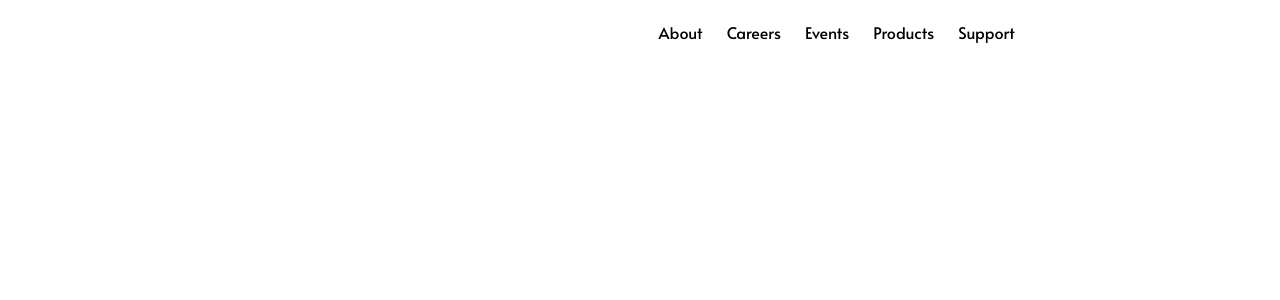
Repository: gligor99/loopstudios-fm
Page: /
These files come from the project's save history. The page is drawn as it stood at one moment and after a run of saves; the edit follows.
The browser window is 1280 px wide. The pictures show the whole page.
The project was rebuilt for these pictures with package versions that can differ from the ones it lists, and the page was loaded fresh each time.

Above is the page before, as saved 2021-11-28 14:53:31.

### src/index.css
@import url('https://fonts.googleapis.com/css2?family=Alata&family=Josefin+Sans:wght@300&display=swap');

:root {
  --clr-white: hsl(0, 0%, 100%);
  --clr-black: hsl(0, 0%, 0%);
  --clr-dark-gray: hsl(0, 0%, 55%);
  --clr-very-dark-gray: hsl(0, 0%, 41%)
}

*,
::after,
::before {
  margin: 0;
  padding: 0;
  box-sizing: border-box;
}

body {
  font-family: "Alata", sans-serif;
  background: var(--clr-light-grayish-cyan);
  color: var(--clr-grey-1);
  line-height: 1.5;
  font-size: 1rem;
}

### src/App.jsx
import Navbar from "./components/Navbar/Navbar";

function App() {
  return (
    <div className="App">
      <Navbar />
    </div>
  );
}

export default App;

### src/components/Navbar/Navbar.jsx
import logo from "../../assets/logo.svg";
import "./navbar.css";

const Navbar = () => {
  return (
    <div className="wrapper">
      <img src={logo} alt="logo.svg" />
      <ul>
        <li>
          <a href="/about">About</a>
        </li>
        <li>
          <a href="/careers">Careers</a>
        </li>
        <li>
          <a href="/events">Events</a>
        </li>
        <li>
          <a href="/products">Products</a>
        </li>
        <li>
          <a href="/support">Support</a>
        </li>
      </ul>
    </div>
  );
};

export default Navbar;

### src/components/Navbar/navbar.css
.wrapper {
  display: flex;
  flex-direction: row;
  justify-content: space-evenly;
  align-items: center;
  margin: auto;
  padding: 1rem;
  background-color: transparent;
}
img {
  height: 30%;
}
ul {
  display: flex;
  flex-wrap: nowrap;
  justify-content: space-evenly;
}
li {
  list-style-type: none;
  padding-right: 1.5rem;
}
a {
  color: var(--clr-black);
  text-decoration: none;
  transition: 0.2s ease-in-out;
}
a:after {
  content: "";
  border-bottom: 2px outset var(--clr-black);
  left: 0;
  top: 100%;
  width: 0;
  height: 2px;
  background-color: black;
  transition: width 0.3s ease-in-out;
}
a:hover:after {
  width: 100%;
}

Loaded but not shown: public/index.html (common file); src/index.jsx (common file)

After the next 2 saves:
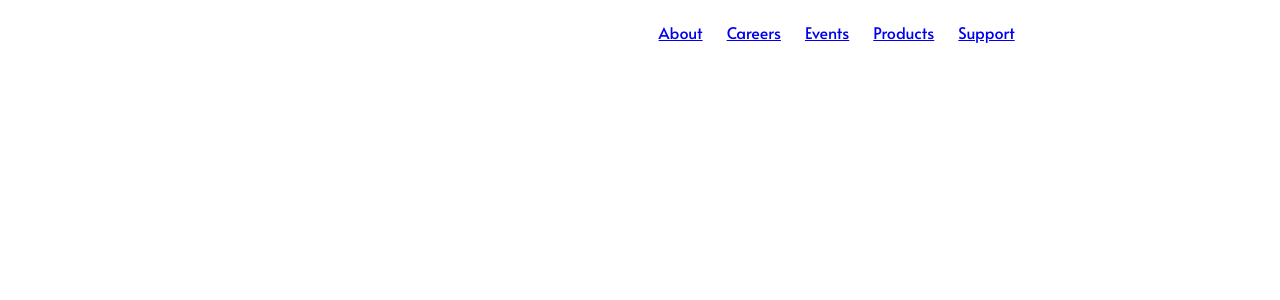
The 2 saves are shown as one change because they came seconds apart.
The last was saved 31 s later.
--- a/src/components/Navbar/navbar.css
+++ b/src/components/Navbar/navbar.css
@@ -20,13 +20,13 @@ li {
   padding-right: 1.5rem;
 }
 a {
-  color: var(--clr-black);
-  text-decoration: none;
-  transition: 0.2s ease-in-out;
+  position: relative;
+  display: inline-block;
 }
 a:after {
   content: "";
-  border-bottom: 2px outset var(--clr-black);
+  position: absolute;
+
   left: 0;
   top: 100%;
   width: 0;
